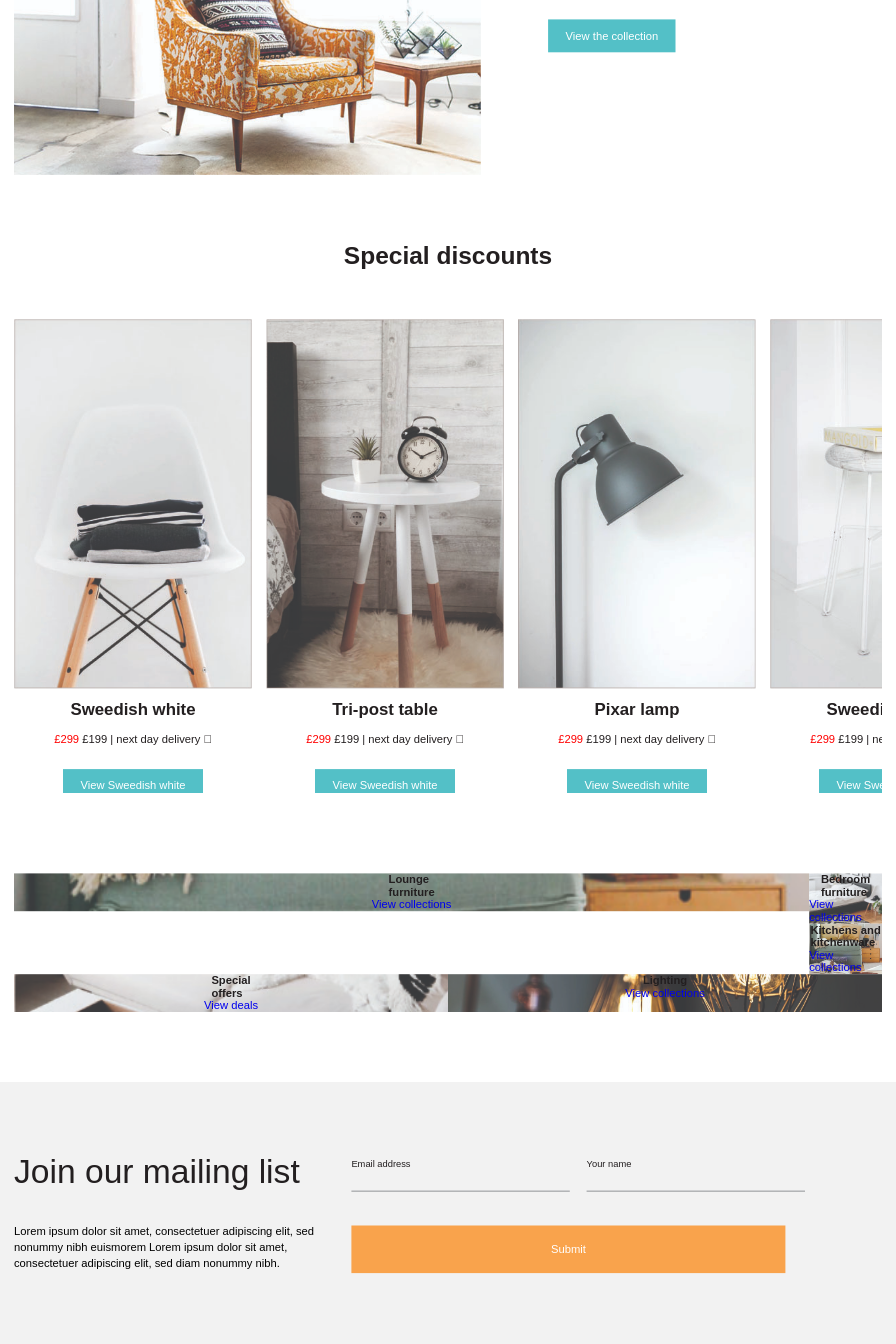
Repository: dinhhaidh/republic-web
Page: index.html
The author's editor kept a copy of each file at every save. The page is drawn from the files as they stood at one save, then again after the next save.
The browser window is 1280 px wide. The pictures show the part of the page from y = 1524 to 3444 px (the page is 4054 px tall before and 4498 px after), at 70% of full size.
Some web fonts or font styles are not loaded; a fallback is used. Some web libraries are served in a nearby version.

Above is the page before, as saved 2024-01-26 08:41:59.

### index.html
<!DOCTYPE html>
<html lang="en">
<head>
    <meta charset="UTF-8">
    <meta name="viewport" content="width=device-width, initial-scale=1.0">

    <!--=============== FAVICON ===============-->
    <link rel="shortcut icon" href="assets/img/favicon.png" type="image/x-icon">

    <!--=============== REMIXICONS ===============-->
    <link rel="stylesheet" href="https://cdn.jsdelivr.net/npm/remixicon@4.1.0/fonts/remixicon.min.css">

    <link
    rel="stylesheet"
    href="https://cdn.jsdelivr.net/npm/swiper@11/swiper-bundle.min.css"
  />

    <!--=============== CSS ===============-->
    <link rel="stylesheet" href="style.css">

    <title>Responsive </title>
</head>
<body>
    <!--==================== HEADER ====================-->
    <header class="header" id="header">
        <nav class="nav container">
            <div href="#" class="nav__logo">
                <img src="./img/logo.jpg" alt="image" class="nav__img">
            </div>
            <div class="nav__menu" id="nav-menu">
                <ul class="nav__list">
                    <li class="nav__item">
                        <a href="#home" class="nav__link">Home</a>
                    </li>
                    <li class="nav__item">
                        <a href="#bedroom" class="nav__link">Bedroom</a>
                    </li>
                    <li class="nav__item">
                        <a href="#lounge" class="nav__link">Lounge</a>
                    </li>
                    <li class="nav__item">
                        <a href="#kitchen" class="nav__link">Kitchen</a>
                    </li>
                    <li class="nav__item">
                        <a href="#lighting" class="nav__link">Lighting</a>
                    </li>
                </ul>
                <div class="nav__close" id="nav-close">
                    <i class="ri-close-line"></i>
                </div>
                <form action="" class="nav__button">
                    <div class="button">
                        <input type="text" placeholder="Find something..." class="form-control">
                        <i class="ri-search-line button__search"></i>
                    </div>
                    <div class="shopping">
                        <i class="ri-shopping-cart-line "></i>
                        <span class="shopping__quantity">0</span>
                    </div>
                </form>
                <!-- toggle -->
                <div class="nav__toggle" id="nav-toggle">
                    <i class="ri-menu-line"></i>
                </div>
            </div>

        </nav>
    </header>

    <!--==================== MAIN ====================-->
    <main class="main">
        <!--==================== Home  ====================-->
        <section class="home section" id="home">
            <div class="home__container container">
                <div class="home__contennt">
                    <h1 class="home__title">Premium <br> collection</h1>
                    <p class="home__desc">
                        Lorem ipsum dolor sit amet, consectetuer adipiscing elit, sed diam nonummy nibh euismorem ipsum dolor sit amet, consectetuer adipiscing elit
                    </p>
                    <h4>£2,300</h4>
                    <a href="#" class="button__link">View the collection</a>
                </div>
                <div class="home__images">
                    <img src="./img/hom1.jpg" alt="" class="home__image">
                    <div class="home__span">
                        <span><a href="">Lorem ipsum dolor sit amet</a>    £2,300</span>
                        <span><a href="#"> Consectetuer adsed diam</a>    £2,300</span>
                    </div>
                </div>
            </div>
        </section>

        <!--==================== Bedroom ====================-->
        <section class="bedroom section" id="bedroom">
            <div class="bedroom__container container">
                <div class="bedroom__main">
                    <div class="bedroom__images">
                        <img src="./img/funitire1.jpg" alt="" class="bedroom__image">
                    </div>
                    <div class="bedroom__content">
                        <span>Living room</span>
                        <div class="bedroom-brick"></div>
                        <h2 class="bedroom__title">Minimalist <br>
                            furniture</h2>
                        <p class="bedroom__desc">
                            Lorem ipsum dolor sit amet, consectetuer adipiscing elit, sed diam nonummy nibh euismorem
                        </p>
                        <a href="#" class="button__link">View the collection</a>
                    </div>
                </div>
            </div>
        </section>

        <!--==================== Lounge  ====================-->
        <section class="lounge  section" id="lounge">
            <h2 class="lounge-title">Special discounts</h2>
            <div class="lounge__container container swiper">
                <div class="swiper-wrapper">
                    <div class="swiper-slide">
                        <article class=" lounge__card">
                            <img src="./img/special1.jpg" alt="" class="lounge__img">
                            <h3>Sweedish white</h3>
                            <h4><span>£299</span> £199  |  next day delivery  </h4>
                            <a href="#" class="button__link lounge__button">View Sweedish white</a>
                        </article>
                    </div>
                    <div class="swiper-slide">
                        <article class=" lounge__card swiper-slide">
                            <img src="./img/special2.jpg" alt="" class="lounge__img">
                            <h3>Tri-post table</h3>
                            <h4><span>£299</span> £199  |  next day delivery  </h4>
                            <a href="#" class="button__link lounge__button">View Sweedish white</a>
                        </article>
                    </div>
                    <article class=" lounge__card swiper-slide">
                        <img src="./img/special3.jpg" alt="" class="lounge__img">
                        <h3>Pixar lamp</h3>
                        <h4><span>£299</span> £199  |  next day delivery  </h4>
                        <a href="#" class="button__link lounge__button">View Sweedish white</a>
                    </article>
                    <div class="swiper-slide">
                        <article class="lounge__card">
                            <img src="./img/special4.jpg" alt="" class="lounge__img">
                            <h3>Sweedish white</h3>
                            <h4><span>£299</span> £199  |  next day delivery  </h4>
                            <a href="#" class="button__link lounge__button">View Sweedish white</a>
                        </article>
                    </div>
                    <div class="swiper-slide">
                        <article class=" lounge__card">
                            <img src="./img/special1.jpg" alt="" class="lounge__img">
                            <h3>Sweedish white</h3>
                            <h4><span>£299</span> £199  |  next day delivery  </h4>
                            <a href="#" class="button__link lounge__button">View Sweedish white</a>
                        </article>
                    </div>

                </div>
            </div>
        </section>

        <!--==================== Kitchen ====================-->
        <section class="kitchen  section" id="kitchen">
            <div class="kitchen__container container ">
                <div class="kitchen__content">
                    <div class="kitchen__img kitchen__special">
                        <!-- <img src="./img/special5.jpg"  alt="Kitchen image" class="kitchen__one"> -->
                        <div class="kitchen__img__one kitchen-img-top kitchen__collections">
                            <h4>Lounge <br> furniture</h4>
                            <a href="#">View collections</a>
                        </div>
                    </div>
                    <div class="kitchen__image">
                        <div class="kitchen__furniture kitchen__specia">
                            <!-- <img src="./img/special6.jpg"  alt="Kitchen image"> -->
                            <div class="kitchen-img__view kitchen__collections">
                                <h4>Bedroom <br> furniture</h4>
                                <a href="#">View collections</a>
                            </div>
                        </div>
                        <div class="kitchen__special">
                            <!-- <img src="./img/special7.jpg"  alt="Kitchen image"> -->
                            <div class="kitchen__img3 kitchen__collections">
                                <h4>Kitchens and<br> kitchenware</h4>
                                <a href="#">View collections</a>
                            </div>
                        </div>
                    </div>
                </div>
            </div>
            <div class="Kitchen__main container grid">
                <div class="Kitchen__img1">
                    <div class="kitchen__special kitchen__kitchenware">
                        <!-- <div class="kitchen__for"><img src="./img/special8.jpg" alt="Kitchen image"></div> -->
                        <div class="kitchen__imag4 kitchen__collections">
                            <h4>Special<br>offers</h4>
                            <a href="#">View deals</a>
                        </div>
                    </div>
                    <div class="kitchen__special kitchen__kitchenwares">
                        <!-- <img src="./img/special9.jpg"  alt="Kitchen image"> -->
                        <div class="kitchen__img5 kitchen__collections">
                            <h4>Lighting</h4>
                            <a href="#">View collections</a>
                        </div>
                    </div>
                </div>
            </div>
        </section>

        <!-- <section class="kitchen" id="kitchen">
            <div class="kitchen__container container">
                <div class="kitchen__chekin grid">
                    <div class="kitchen__item">
                        <img src="./img/special5.jpg" alt="">
                        <div class="kitchen__img__one kitchen-img-top">
                            <h4>Lounge <br> furniture</h4>
                            <a href="#">View collections</a>
                        </div>
                    </div>
                    <div class="kitchen__item">
                        <img src="./img/special6.jpg"  alt="Kitchen image">
                        <div class="kitchen-img__view">
                            <h4>Bedroom <br> furniture</h4>
                            <a href="#">View collections</a>
                        </div>
                    </div>
                    <div class="kitchen__item">
                        <img src="./img/special7.jpg"  alt="Kitchen image">
                        <div class="kitchen__img3">
                            <h4>Kitchens and<br> kitchenware</h4>
                            <a href="#">View collections</a>
                        </div>
                    </div>
                </div>
                <div class="kitchen__content container">
                    <div class="kitchen__item">
                        <img src="./img/special8.jpg" alt="Kitchen image">
                        <div class="kitchen__imag4">
                            <h4>Special<br>offers</h4>
                            <a href="#">View deals</a>
                        </div>
                    </div>
                    <div class="kitchen__item">
                        <img src="./img/special9.jpg"  alt="Kitchen image">
                        <div class="kitchen__img5">
                            <h4>Lighting</h4>
                            <a href="#">View collections</a>
                        </div>
                    </div>
                </div>
            </div>
        </section> -->

        <!--==================== Lighting ====================-->
        <section class="lighting  section" id="lighting">
            <div class="lighting__container container">
                <div class="lighting__list">
                    <h2 class="lighting__heading">Join our mailing list</h2>
                    <p class="lighting__desc">Lorem ipsum dolor sit amet, consectetuer adipiscing elit, sed nonummy nibh euismorem Lorem ipsum dolor sit amet, consectetuer adipiscing elit, sed diam nonummy nibh.</p>
                </div>
                <div class="lighting__form">
                    <form action="" class="lighting__input">
                        <input type="text" placeholder="Email address" class="form__contro">
                        <input type="name" placeholder="Your name" class="form__control">
                    </form>
                    <a href="#" class="lighting__button">Submit</a>
                </div>
            </div>
        </section>
    </main>

    <!--==================== FOOTER ====================-->
    <footer class="footer">
        <div class="footer__container container">
            <div class="footer__content grid">
                <div class="footer__data">
                    <h3 class="footer__title">Departments</h3>
                    <ul class="footer__list">
                        <li class="footer__links">
                            <a href="#" class="footer__link">Living room</a>
                        </li>
                        <li class="footer__links">
                            <a href="#" class="footer__link">Sofas/chairs</a>
                        </li>
                        <li class="footer__links">
                            <a href="#" class="footer__link">Lorem ipsum</a>
                        </li>
                        <li class="footer__links">
                            <a href="#" class="footer__link">Dolor sit amet</a>
                        </li>
                        <li class="footer__links">
                            <a href="#" class="footer__link">Consectetuer</a>
                        </li>
                        <li class="footer__links">
                            <a href="#" class="footer__link">Bathoom</a>
                        </li>
                        <li class="footer__links">
                            <a href="#" class="footer__link">Sofas/chairs</a>
                        </li>
                        <li class="footer__links">
                            <a href="#" class="footer__link">Lorem ipsum</a>
                        </li>
                    </ul>
                </div>
                <div class="footer__data footer__item">
                    <ul class="footer__list">
                        <li class="footer__links">
                            <a href="#" class="footer__link">Living room</a>
                        </li>
                        <li class="footer__links">
                            <a href="#" class="footer__link">Sofas/chairs</a>
                        </li>
                        <li class="footer__links">
                            <a href="#" class="footer__link">Lorem ipsum</a>
                        </li>
                        <li class="footer__links">
                            <a href="#" class="footer__link">Dolor sit amet</a>
                        </li>
                        <li class="footer__links">
                            <a href="#" class="footer__link">Consectetuer</a>
                        </li>
                        <li class="footer__links">
                            <a href="#" class="footer__link">Bathoom</a>
                        </li>
                        <li class="footer__links">
                            <a href="#" class="footer__link">Sofas/chairs</a>
                        </li>
                        <li class="footer__links">
                            <a href="#" class="footer__link">Lorem ipsum</a>
                        </li>
                    </ul>
                </div>
                <div class="footer__data">
                    <h3 class="footer__title">Contact</h3>
                    <ul class="footer__list">
                        <li class="footer__links">
                            <a href="#" class="footer__link">Customer support</a>
                        </li>
                        <li class="footer__links">
                            <a href="#" class="footer__link">Call 01482 128394</a>
                        </li>
                        <li class="footer__links">
                            <a href="#" class="footer__link">Send us a message</a>
                        </li>
                        <li class="footer__links">
                            <a href="#" class="footer__link">The team</a>
                        </li>
                        <li class="footer__links">
                            <a href="#" class="footer__link">About us</a>
                        </li>
                        <li class="footer__links">
                            <a href="#" class="footer__link">Team careers</a>
                        </li>
                    </ul>
                </div>
            </div>
            <div class="footer__img">
                <div class="footer__brick"></div>
                <div class="footer__circle"></div>
            </div>
            <div class="footer__copy">Made in Hornsea, East Yorkshire, England | www.uirepublic.net</div>
        </div>
    </footer>

    <!--========== SCROLL UP ==========-->

    <script src="https://cdn.jsdelivr.net/npm/swiper@11/swiper-bundle.min.js"></script>


    <!--=============== SCROLLREVEAL ===============-->
    <script src=""></script>

    <!--=============== JQuery ===============-->
    <script src="https://code.jquery.com/jquery-3.7.1.slim.min.js" integrity="sha256-kmHvs0B+OpCW5GVHUNjv9rOmY0IvSIRcf7zGUDTDQM8=" crossorigin="anonymous"></script>

    <!--=============== MAIN JS ===============-->
    <script src="/js/main.js"></script>
</body>
</html>

Loaded but not shown: js/main.js (91 lines, source omitted); style.css (935 lines, source omitted)

After the next save:
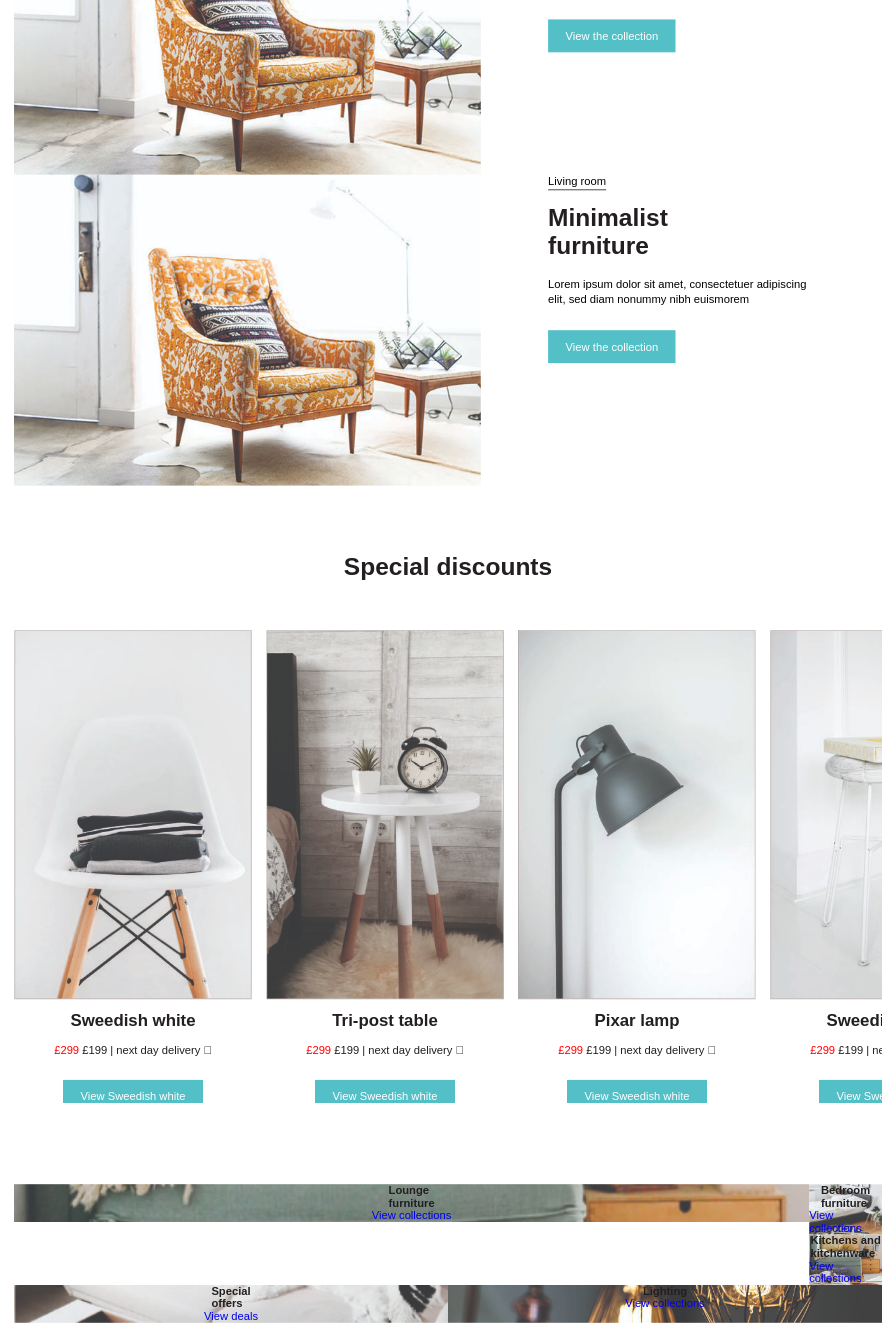
Saved 40 s later.
--- a/index.html
+++ b/index.html
@@ -93,6 +93,21 @@
         <!--==================== Bedroom ====================-->
         <section class="bedroom section" id="bedroom">
             <div class="bedroom__container container">
+                <div class="bedroom__main">
+                    <div class="bedroom__images">
+                        <img src="./img/funitire1.jpg" alt="" class="bedroom__image">
+                    </div>
+                    <div class="bedroom__content">
+                        <span>Living room</span>
+                        <div class="bedroom-brick"></div>
+                        <h2 class="bedroom__title">Minimalist <br>
+                            furniture</h2>
+                        <p class="bedroom__desc">
+                            Lorem ipsum dolor sit amet, consectetuer adipiscing elit, sed diam nonummy nibh euismorem
+                        </p>
+                        <a href="#" class="button__link">View the collection</a>
+                    </div>
+                </div>
                 <div class="bedroom__main">
                     <div class="bedroom__images">
                         <img src="./img/funitire1.jpg" alt="" class="bedroom__image">
